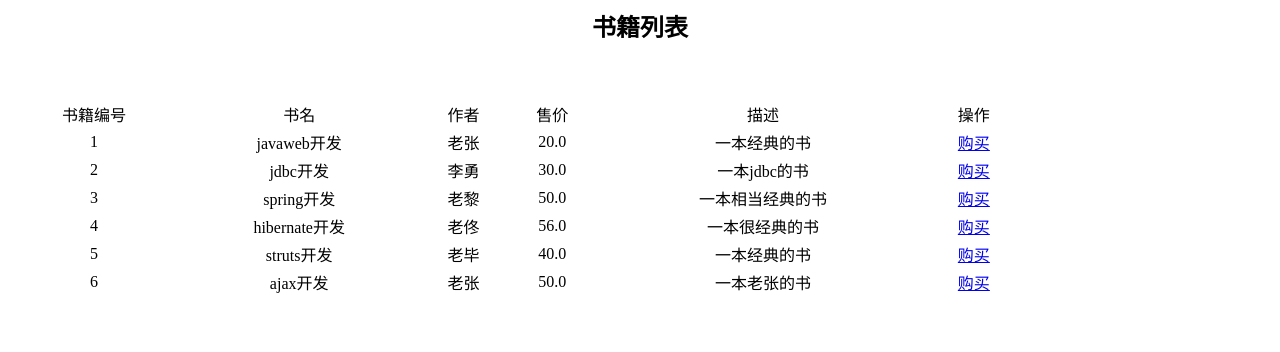
Repository: wsws1996/myproject
Page: http://localhost/day10/servlet/ListBookServlet
The author's editor kept a copy of each file at every save. The page is drawn from the files as they stood at one save, then again after the next save.
The browser window is 1280 px wide. The pictures show the whole page.
The page is served by Tomcat 9.

Above is the page before, as saved 2015-11-22 05:28:37.

After the next save:
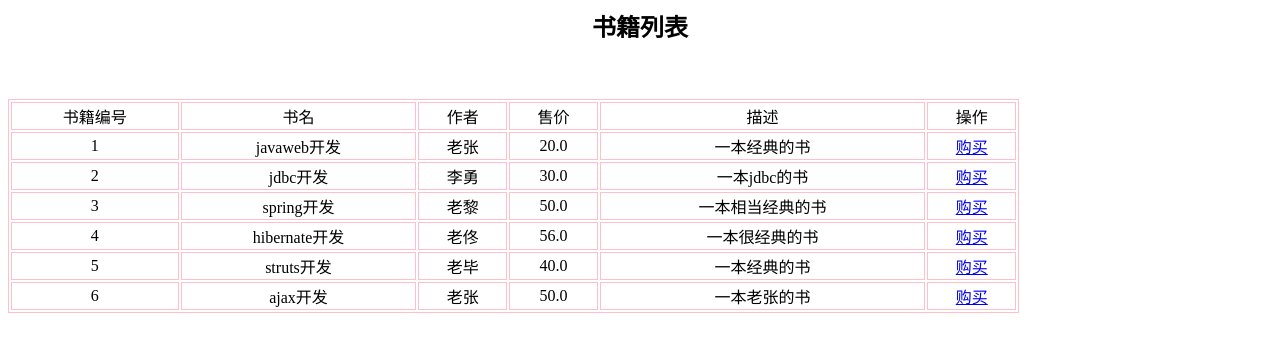
Saved 2 min 51 s later.
--- a/java/workspace/day10/WebRoot/WEB-INF/jsp/listbook.jsp
+++ b/java/workspace/day10/WebRoot/WEB-INF/jsp/listbook.jsp
@@ -13,7 +13,7 @@
 	<h2>书籍列表</h2>
 	<br>
 	<br>
-	<table style="text-align: center;" width="80%">
+	<table border="1" bordercolor="pink" style="text-align: center;" width="80%">
 		<tr>
 			<td>书籍编号</td>
 			<td>书名</td>
